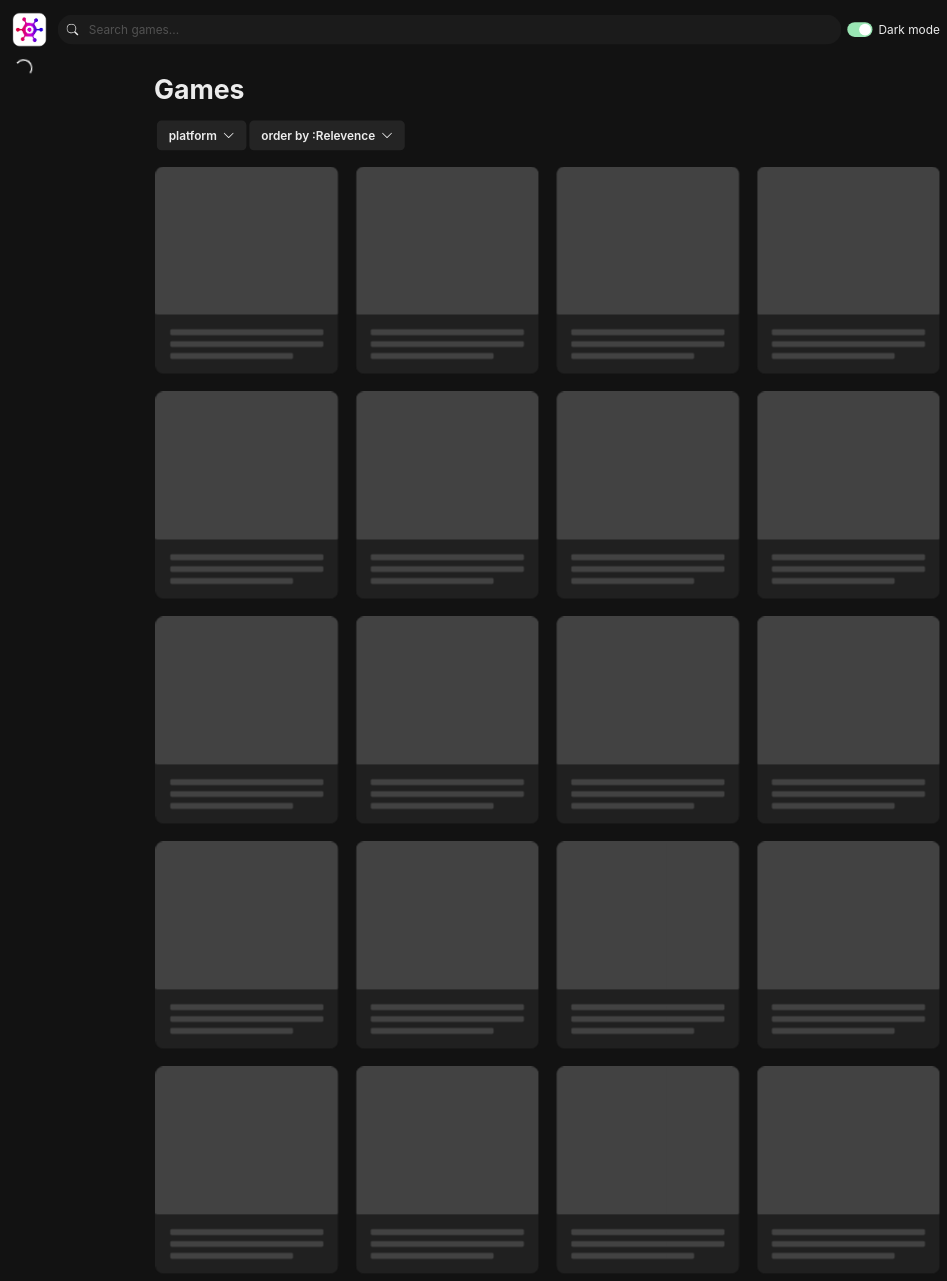
Repository: jayesh9747/game-hub
Page: /
The author's editor kept a copy of each file at every save. The page is drawn from the files as they stood at one save, then again after a run of saves.
The browser window is 1280 px wide. The pictures show the whole page, at 74% of full size.
Pictures or frames that could not be fetched are drawn as grey boxes. The page's requests for data from a server got no answer. The project was rebuilt for these pictures with package versions that can differ from the ones it lists, and the page was loaded fresh each time. Some packages were replaced by stand-ins written for this rebuild. No one was signed in, and anything a server would have sent is missing. Also part of the build but not shown: vite.config.ts, src/components/CriticScore.tsx, src/components/Emoji.tsx, src/components/PlatformIconList.tsx, src/components/GameCard.tsx.

Above is the page before, as saved 2023-12-28 16:24:00.

After the next 3 saves:
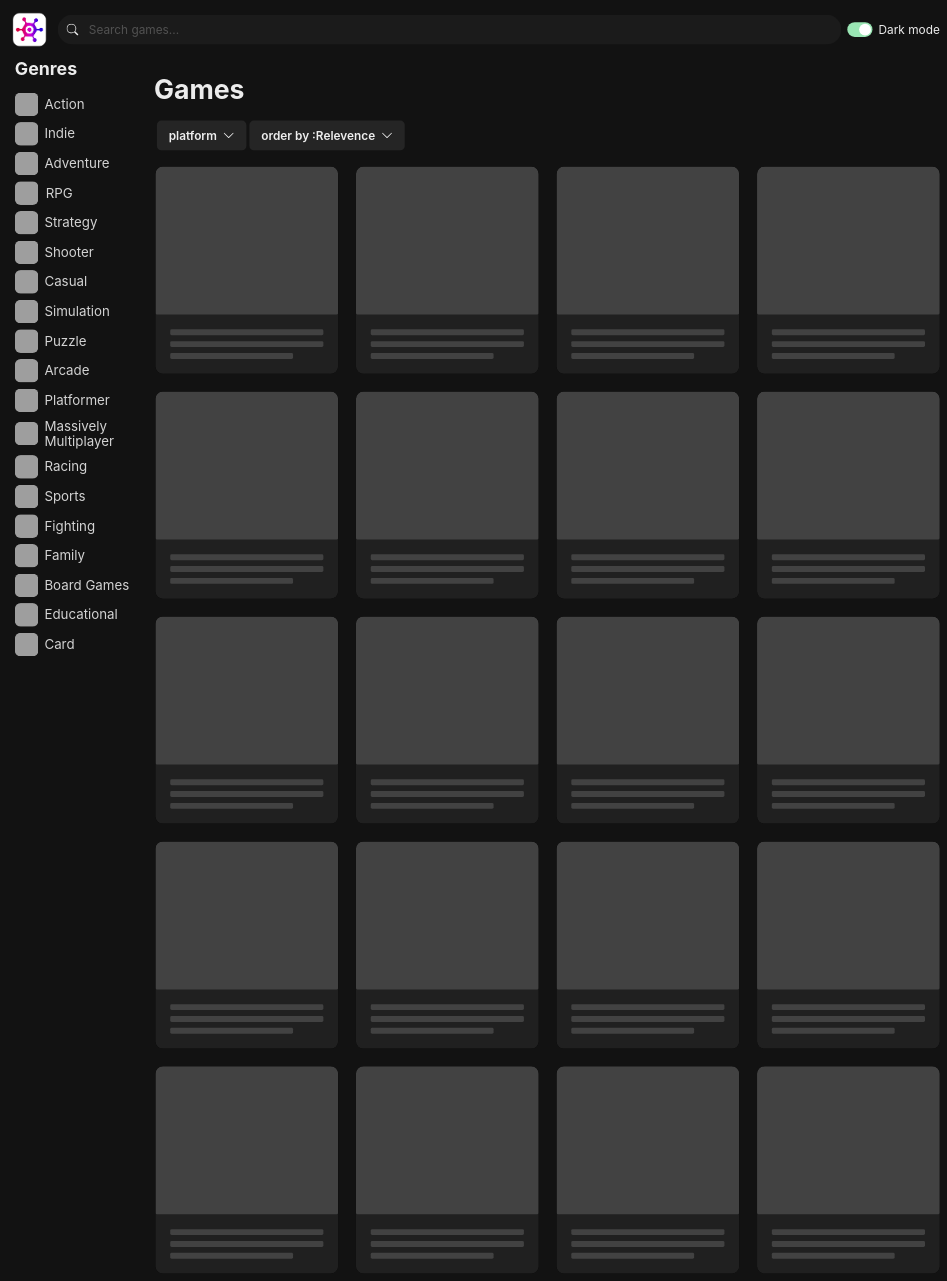
The 3 saves are shown as one change because they came seconds apart.
The last was saved 37 s later.
--- a/src/hooks/useGenres.ts
+++ b/src/hooks/useGenres.ts
@@ -10,10 +10,11 @@
 const Apiservices = new apiClient<Genre>('/genres');
 
 const UseGenreList = () =>
-    useQuery({
+     useQuery({
         queryKey: ['genres'],
         queryFn: Apiservices.getAll,
         staleTime: 24 * 60 * 60 * 1000,
+        initialData: { count: genres.length, results: genres }
     });
 
 

After the save that followed:
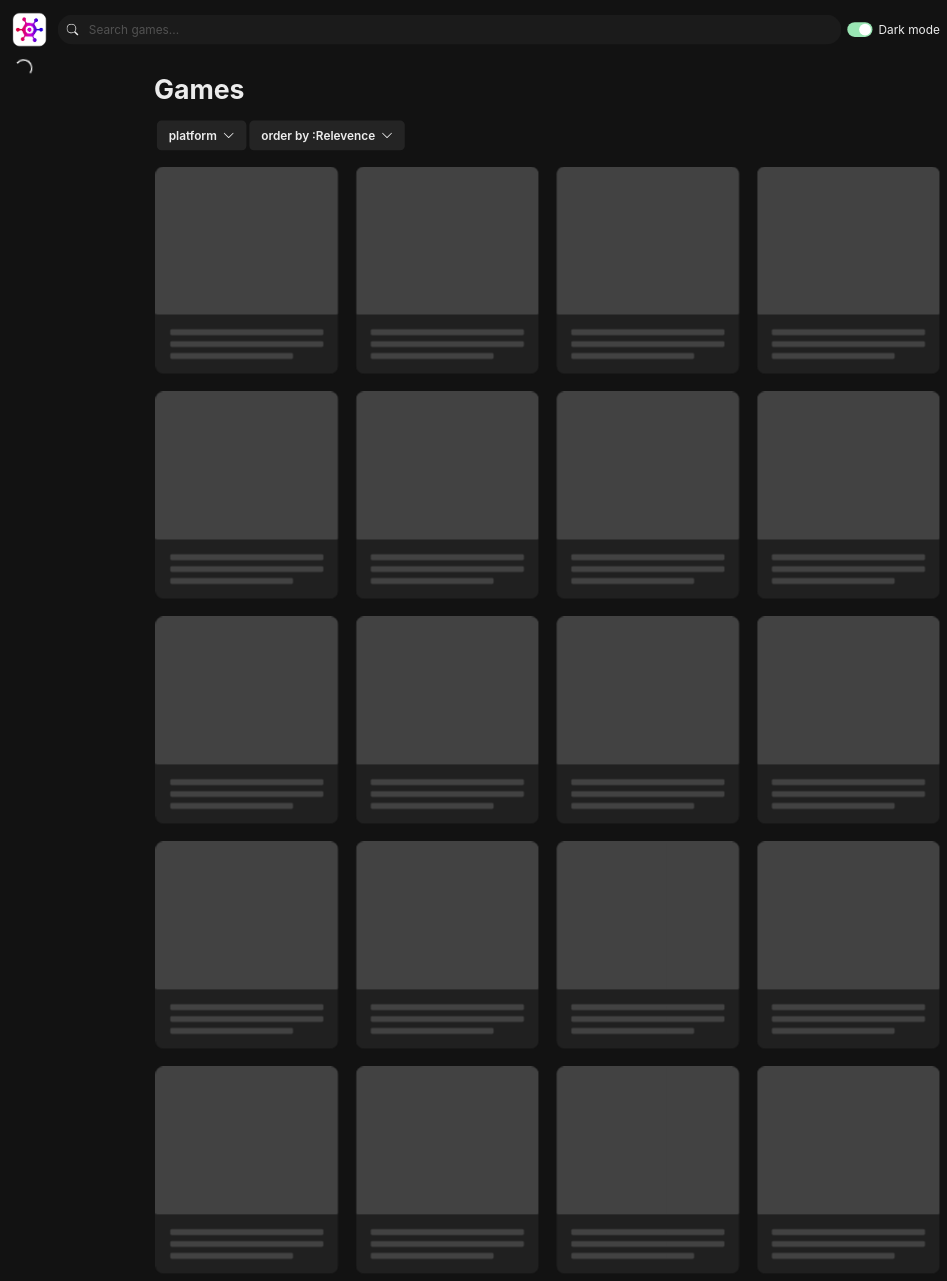
Saved 12 s later.
--- a/src/hooks/useGenres.ts
+++ b/src/hooks/useGenres.ts
@@ -10,11 +10,10 @@
 const Apiservices = new apiClient<Genre>('/genres');
 
 const UseGenreList = () =>
-     useQuery({
+    useQuery({
         queryKey: ['genres'],
         queryFn: Apiservices.getAll,
         staleTime: 24 * 60 * 60 * 1000,
-        initialData: { count: genres.length, results: genres }
     });
 
 
